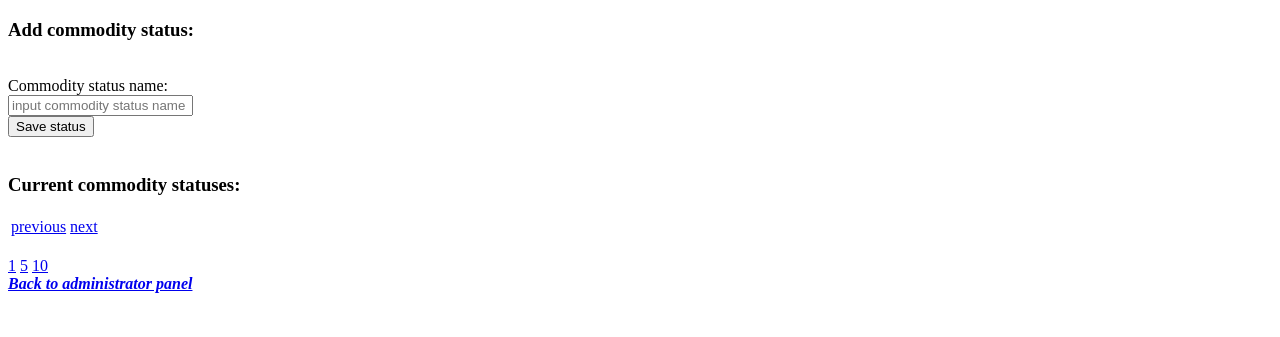
Repository: Zed180881/Zed_repo
Page: http://localhost/eShop/WEB-INF/views/adminPanel/adminCommodityStatus.jsp
The author's editor kept a copy of each file at every save. The page is drawn from the files as they stood at one save, then again after the next save.
The browser window is 1280 px wide. The pictures show the whole page.
The page is served by Tomcat 9. Nobody is signed in. Other server files are loaded and not shown. The template is opened directly, without the code that normally fills it, so the values that code supplies are empty.

Above is the page before, as saved 2016-08-24 11:09:18.

### JavaProj/eShop/src/main/webapp/WEB-INF/views/adminPanel/adminCommodityStatus.jsp
<%@ page language="java" contentType="text/html; charset=UTF-8"
	pageEncoding="UTF-8"%>
<%@ taglib prefix="c" uri="http://java.sun.com/jsp/jstl/core"%>
<%@ taglib uri="http://www.springframework.org/tags/form" prefix="form"%>
<!DOCTYPE html>
<html>
<head>
<meta charset="UTF-8">
<title>Commodity Statuses Management</title>
</head>
<body>
	<h3>Add commodity status:</h3>
	<form:form action="/admin/comstatus" method="post" modelAttribute="commodityStatus">
		<form:errors path="commodityStatusName"/><br>
		<form:input path="id" type="hidden"/>
		<label for="commodityStatusName">Commodity status name:</label><br>
		<form:input type="text" path="commodityStatusName" id="commodityStatusName" placeholder="input commodity status name here" required="true"/><br>
		<input type="submit" value="Save status">
	</form:form><br>
	<c:if test="${filter ne null}">
	<form:form action="/admin/comstatus" method="get"
		modelAttribute="filter">
		<table>
			<tr><td><form:input path="commodityStatusName"/></td></tr>
			<tr><td><input type="submit" value="Filter"></td></tr>
		</table>
	</form:form>
	</c:if>
	<h3>Current commodity statuses:</h3>
	<table>
		<c:forEach items="${commodityStatuses.content}" var="commodityStatus">
		<tr>
			<td>${commodityStatus.commodityStatusName}</td>
			<td><a href="/admin/comstatus/delete/${commodityStatus.id}">delete</a></td>
			<td><a href="/admin/comstatus/update/${commodityStatus.id}">update</a></td>
		</tr>
		</c:forEach>
		<tr>
			<td><c:if test="${commodityStatuses.number ne 0}">
				<a href="/admin/comstatus?page=${commodityStatuses.number}&size=${commodityStatuses.size}">previous</a>
			</c:if></td>
			<td><c:if test="${commodityStatuses.number ne commodityStatuses.totalPages-1}">
				<a href="/admin/comstatus?page=${commodityStatuses.number+2}&size=${commodityStatuses.size}">next</a>
			</c:if></td>
		</tr>
	</table><br>
	<a href="/admin/comstatus?page=1&size=1">1</a>
	<a href="/admin/comstatus?page=1&size=5">5</a>
	<a href="/admin/comstatus?page=1&size=10">10</a><br>
	<a href="/admin"><b><i>Back to administrator panel</i></b></a>
</body>
</html>

After the next save:
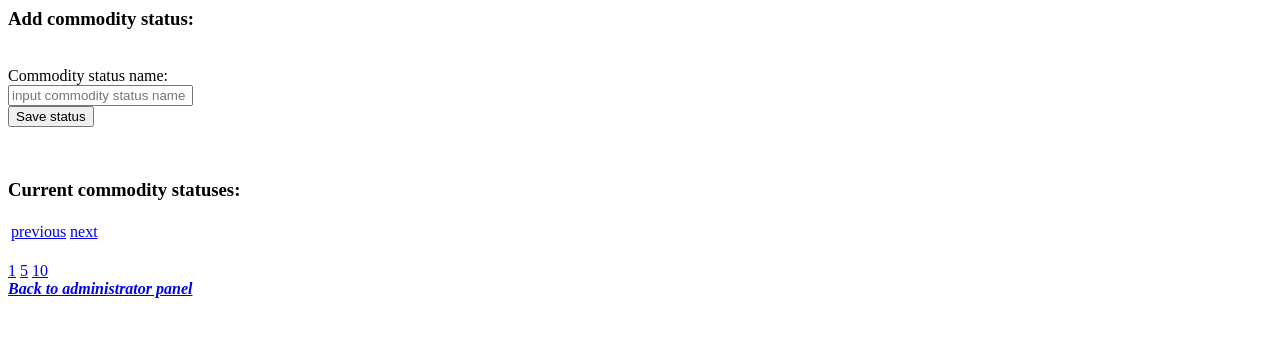
Saved 12 min 56 s later.
--- a/JavaProj/eShop/src/main/webapp/WEB-INF/views/adminPanel/adminCommodityStatus.jsp
+++ b/JavaProj/eShop/src/main/webapp/WEB-INF/views/adminPanel/adminCommodityStatus.jsp
@@ -1,12 +1,9 @@
-<%@ page language="java" contentType="text/html; charset=UTF-8"
-	pageEncoding="UTF-8"%>
+<%@ page language="java" contentType="text/html; charset=UTF-8"	pageEncoding="UTF-8"%>
 <%@ taglib prefix="c" uri="http://java.sun.com/jsp/jstl/core"%>
 <%@ taglib uri="http://www.springframework.org/tags/form" prefix="form"%>
-<!DOCTYPE html>
-<html>
-<head>
-<meta charset="UTF-8">
-<title>Commodity Statuses Management</title>
+
+
+<title>Керування статусами товарів</title>
 </head>
 <body>
 	<h3>Add commodity status:</h3>
